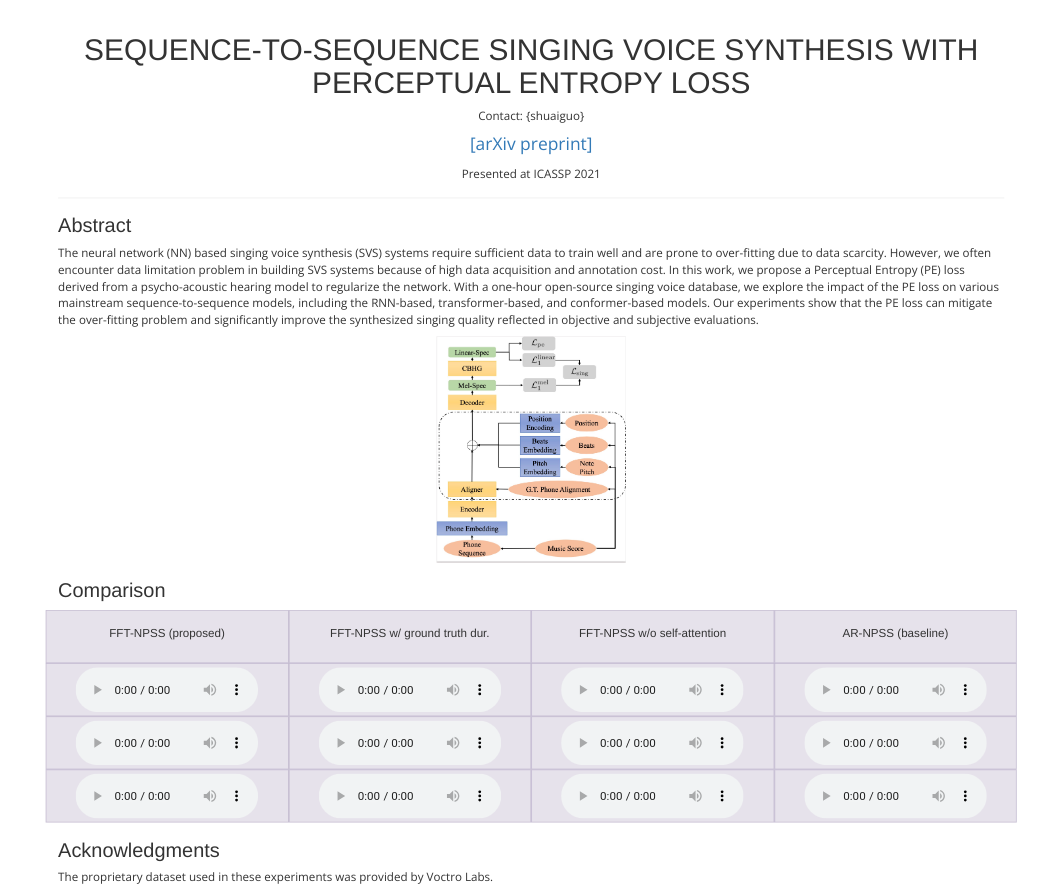
Repository: PeterGuoRuc/SVS_pe.github.io
Page: index.html
These files come from the project's save history. The page is drawn as it stood at one moment and after the next save; the edit follows.
The browser window is 1280 px wide. The pictures show the whole page, at 83% of full size.

Above is the page before, as saved 2021-06-06 16:43:10.

After the next save:
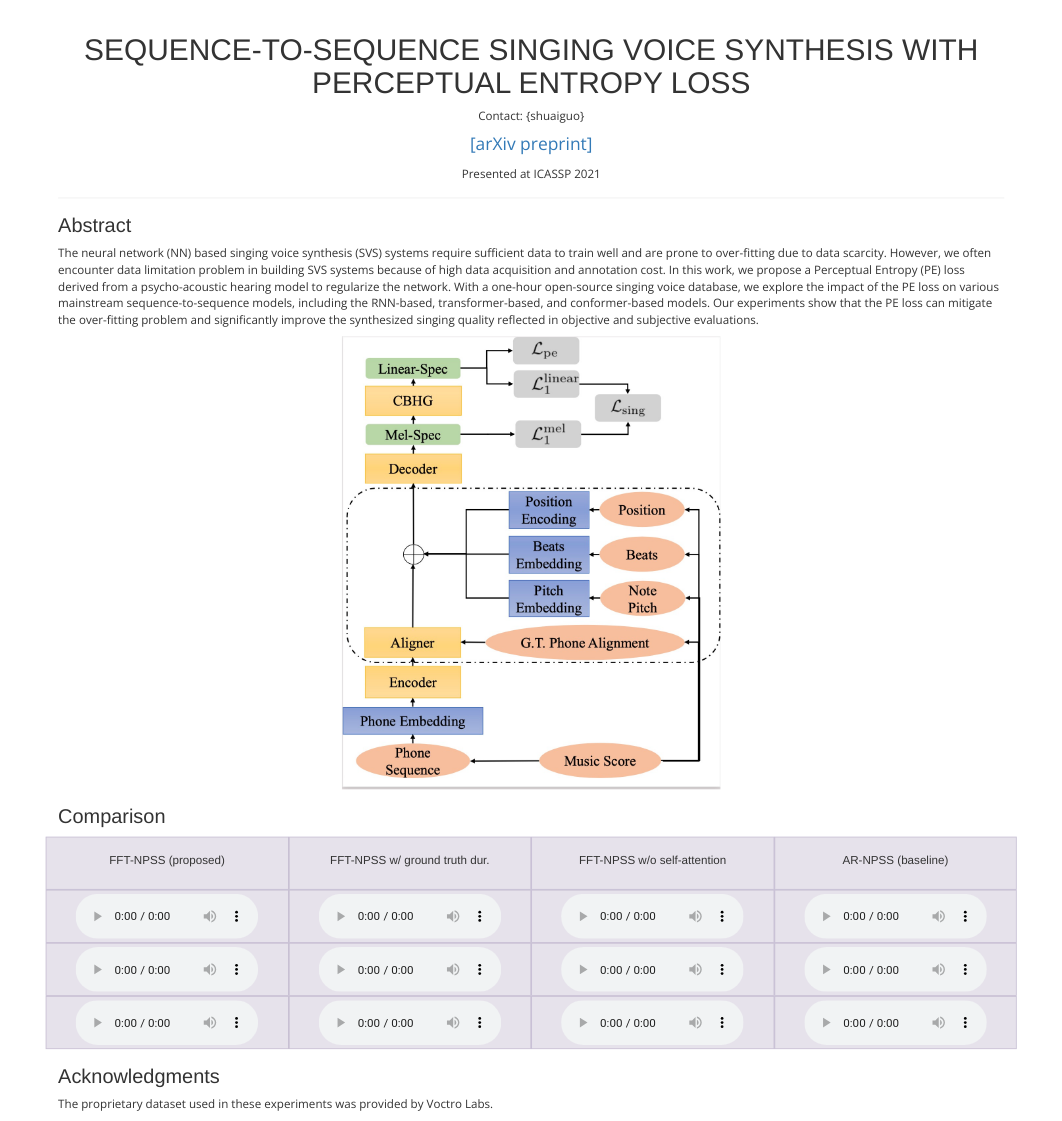
Saved 12 s later.
--- a/index.html
+++ b/index.html
@@ -57,7 +57,7 @@
         Our experiments show that the PE loss can mitigate the over-fitting problem and significantly improve the synthesized singing quality reflected in objective and subjective evaluations.
       </p>
 
-      <center><img src="files/svs_model.jpg"/ height="20%" width="20%"></center>
+      <center><img src="files/svs_model.jpg"/ height="40%" width="40%"></center>
 
       <h3>Comparison</h3>
       <div class="row">
